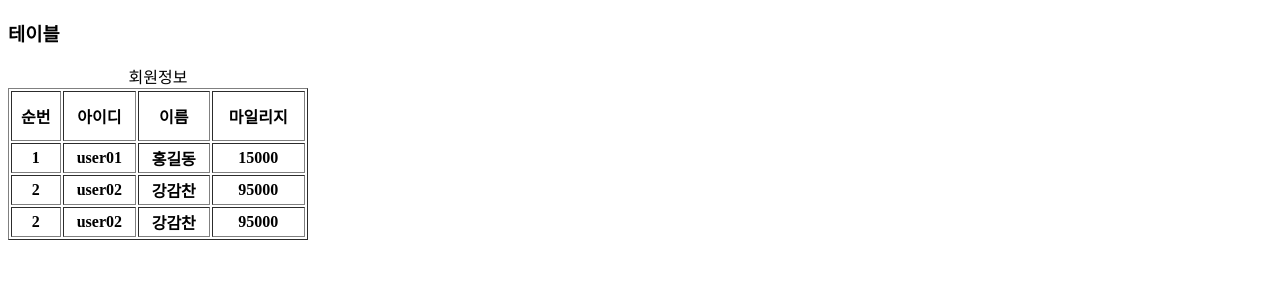
Repository: helloJunejun/WorkSpace_WebUi
Page: 0.2html_form_table/src/main/webapp/sample_table.html
An editor plug-in stored every save of this project. The page is shown before and after the next save, followed by the edit.
The browser window is 1280 px wide. The pictures show the whole page.

Above is the page before, as saved 2021-06-24 01:19:37.

### 0.2html_form_table/src/main/webapp/sample_table.html
<!DOCTYPE html PUBLIC "-//W3C//DTD HTML 4.01 Transitional//EN" "http://www.w3.org/TR/html4/loose.dtd">
<html>
<head>
<meta http-equiv="Content-Type" content="text/html; charset=UTF-8">
<title>테이블 예제</title>
</head>
<body>
<h3>테이블</h3>
<table border="1" width="300px">
	<caption>회원정보</caption>
	<tr height="50px">
		<th>순번</th>
		<th>아이디</th>
		<th>이름</th>
		<th>마일리지</th>
	</tr>

	<tr height="30px">
		<th>1</th>
		<th>user01</th>
		<th>홍길동</th>
		<th>15000</th>
	</tr>

	<tr height="30px">
		<th>2</th>
		<th>user02</th>
		<th>강감찬</th>
		<th>95000</th>
	</tr>

	<tr height="30px">
		<th>2</th>
		<th>user02</th>
		<th>강감찬</th>
		<th>95000</th>
	</tr>
</table>
</body>
</html>

After the next save:
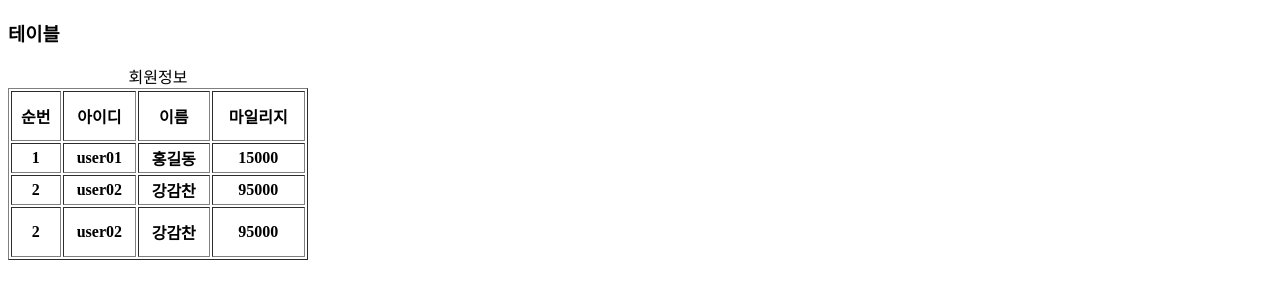
Saved 3 s later.
--- a/0.2html_form_table/src/main/webapp/sample_table.html
+++ b/0.2html_form_table/src/main/webapp/sample_table.html
@@ -29,7 +29,7 @@
 		<th>95000</th>
 	</tr>
 
-	<tr height="30px">
+	<tr height="50px">
 		<th>2</th>
 		<th>user02</th>
 		<th>강감찬</th>
